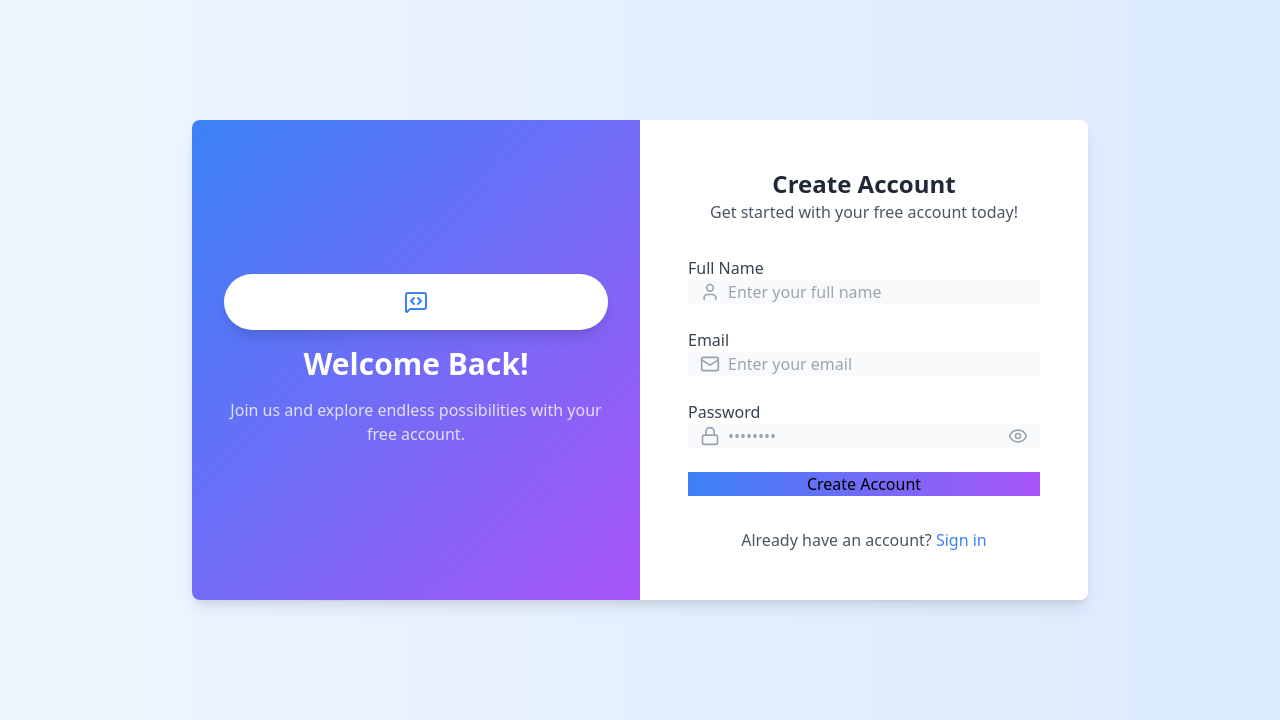
Repository: Subhashree-Nayak507/Test
Page: / (app in client/)
The author's editor kept a copy of each file at every save. The page is drawn from the files as they stood at one save, then again after the next save.
The browser window is 1280 px wide. The pictures show the whole page.
The project was rebuilt for these pictures with package versions that can differ from the ones it lists, and the page was loaded fresh each time. Also part of the build but not shown: client/vite.config.js, client/src/pages/FormPage.jsx, client/src/pages/LoginPage.jsx.

Above is the page before, as saved 2025-01-06 10:25:46.

### client/src/main.jsx
import React from 'react'
import ReactDOM from 'react-dom/client'
import App from './App.jsx'
import './index.css'
import { Provider } from 'react-redux';
import { BrowserRouter } from 'react-router-dom'
import store from './store/store.js';

ReactDOM.createRoot(document.getElementById('root')).render(
    <Provider store={store}>
       <BrowserRouter>
          <App />
        </BrowserRouter>
    </Provider>

)

### client/src/App.jsx
import { Route, Routes } from 'react-router-dom';
import FormPage from './pages/FormPage';
import SignUpPage from './pages/SignupPage';
import LoginPage from './pages/LoginPage';

const App = () =>{
    return (
        < >
         <Routes >
           <Route path="/" element={<SignUpPage />} />
           <Route path="/login" element={<LoginPage />} />
            <Route path="/formPage" element={<FormPage />} />
         </Routes>
        </>

      )
}
export default App;

### client/src/store/store.js
import { configureStore } from '@reduxjs/toolkit';
import formReducer from './FormSlice/FormSlice';
import authReducer from './AuthSlice/AuthSlice';

const store = configureStore({
  reducer: {
    form: formReducer,
    auth :authReducer,
  },
});

export default store;

### client/src/pages/SignupPage.jsx
import { useState } from "react";
import { Eye, EyeOff, Lock, Mail, MessageSquareCode, User } from "lucide-react";
import { Link } from "react-router-dom";

const SignUpPage = () => {
  const [showPassword, setShowPassword] = useState(false);
  const [fullName, setFullName] = useState("");
  const [email, setEmail] = useState("");
  const [password, setPassword] = useState("");

  const validateForm = () => {
    if (!fullName.trim() || !email.trim() || !password.trim()) {
      alert("Please fill up all fields");
    }
  };

  const handleSubmit = (e) => {
    e.preventDefault();
    const success = validateForm();
    if (success === true) {
      // Handle successful form submission logic here
    }
  };

  return (
    <div className="min-h-screen flex items-center justify-center bg-gradient-to-r from-blue-50 to-blue-100">
      <div className="w-full max-w-4xl bg-white rounded-lg shadow-lg overflow-hidden lg:grid lg:grid-cols-2">
        {/* Left Section */}
        <div className="hidden lg:flex flex-col justify-center items-center bg-gradient-to-br from-blue-500 to-purple-500 text-white p-8">
          <div className="text-center space-y-4">
            <div
              className="p-4 bg-white rounded-full shadow-lg flex items-center justify-center
              text-blue-500 transition-transform transform hover:scale-110"
            >
              <MessageSquareCode className="size-6" />
            </div>
            <h2 className="text-3xl font-bold">Welcome Back!</h2>
            <p className="text-white/80">
              Join us and explore endless possibilities with your free account.
            </p>
          </div>
        </div>

        {/* Right Section */}
        <div className="p-8 lg:p-12 flex flex-col justify-center items-center">
          <div className="w-full max-w-md space-y-8">
            <div className="text-center mb-6">
              <h1 className="text-2xl font-bold text-gray-800">Create Account</h1>
              <p className="text-gray-600">
                Get started with your free account today!
              </p>
            </div>
            <form onSubmit={handleSubmit} className="space-y-6">
              {/* Full Name */}
              <div className="form-control">
                <label className="label">
                  <span className="label-text font-medium text-gray-700">
                    Full Name
                  </span>
                </label>
                <div className="relative">
                  <div className="absolute inset-y-0 left-0 pl-3 flex items-center pointer-events-none">
                    <User className="size-5 text-gray-400" />
                  </div>
                  <input
                    type="text"
                    className="input input-bordered w-full pl-10 bg-gray-50 focus:ring-2 focus:ring-blue-500"
                    placeholder="Enter your full name"
                    value={fullName}
                    onChange={(e) => setFullName(e.target.value)}
                  />
                </div>
              </div>

              {/* Email */}
              <div className="form-control">
                <label className="label">
                  <span className="label-text font-medium text-gray-700">
                    Email
                  </span>
                </label>
                <div className="relative">
                  <div className="absolute inset-y-0 left-0 pl-3 flex items-center pointer-events-none">
                    <Mail className="size-5 text-gray-400" />
                  </div>
                  <input
                    type="email"
                    className="input input-bordered w-full pl-10 bg-gray-50 focus:ring-2 focus:ring-blue-500"
                    placeholder="Enter your email"
                    value={email}
                    onChange={(e) => setEmail(e.target.value)}
                  />
                </div>
              </div>

              {/* Password */}
              <div className="form-control">
                <label className="label">
                  <span className="label-text font-medium text-gray-700">
                    Password
                  </span>
                </label>
                <div className="relative">
                  <div className="absolute inset-y-0 left-0 pl-3 flex items-center pointer-events-none">
                    <Lock className="size-5 text-gray-400" />
                  </div>
                  <input
                    type={showPassword ? "text" : "password"}
                    className="input input-bordered w-full pl-10 bg-gray-50 focus:ring-2 focus:ring-blue-500"
                    placeholder="••••••••"
                    value={password}
                    onChange={(e) => setPassword(e.target.value)}
                  />
                  <button
                    type="button"
                    className="absolute inset-y-0 right-0 pr-3 flex items-center"
                    onClick={() => setShowPassword(!showPassword)}
                  >
                    {showPassword ? (
                      <EyeOff className="size-5 text-gray-400" />
                    ) : (
                      <Eye className="size-5 text-gray-400" />
                    )}
                  </button>
                </div>
              </div>

              <button
                type="submit"
                className="btn btn-primary w-full bg-gradient-to-r from-blue-500 to-purple-500 hover:from-blue-600 hover:to-purple-600 focus:ring-2 focus:ring-blue-500"
              >
                Create Account
              </button>
            </form>

            <div className="text-center">
              <p className="text-gray-600">
                Already have an account?{" "}
                <Link
                  to="/login"
                  className="link link-primary text-blue-500 hover:underline"
                >
                  Sign in
                </Link>
              </p>
            </div>
          </div>
        </div>
      </div>
    </div>
  );
};

export default SignUpPage;

### client/src/store/FormSlice/FormSlice.js
import { createSlice, createAsyncThunk } from '@reduxjs/toolkit';
import axios from 'axios';

// Constants
const API_URL = 'http://localhost:5000/form';

// Initial state
const initialState = {
  formData: {
    name: '',
    email: '',
    file: null,
  },
  status: 'idle',
  error: null,
};

// Async thunk for form submission
export const submitForm = createAsyncThunk(
  'form/submitForm',
  async (formData, { rejectWithValue }) => {
    try {
      const data = new FormData();

      data.append('Name', formData.name);
      data.append('email', formData.email);
      data.append('File', formData.file);

      const response = await axios.post(API_URL, data, {
        headers: { 'Content-Type': 'multipart/form-data' },
      });
      return response.data;
    } catch (error) {
      return rejectWithValue(
        error.response?.data || 'Failed to submit form'
      );
    }
  }
);

const formSlice = createSlice({
  name: 'form',
  initialState,
  reducers: {
    updateForm: (state, action) => {
      state.formData = { ...state.formData, ...action.payload };
    },
    resetForm: (state) => {
      state.formData = initialState.formData;
      state.status = 'idle';
      state.error = null;
    },
  },
  extraReducers: (builder) => {
    builder
      .addCase(submitForm.pending, (state) => {
        state.status = 'loading';
        state.error = null;
      })
      .addCase(submitForm.fulfilled, (state) => {
        state.status = 'succeeded';
        state.formData = initialState.formData;
      })
      .addCase(submitForm.rejected, (state, action) => {
        state.status = 'failed';
        state.error = action.payload;
      });
  },
});

export const { updateForm, resetForm } = formSlice.actions;
export default formSlice.reducer;

### client/src/store/AuthSlice/AuthSlice.js
import { createSlice, createAsyncThunk } from "@reduxjs/toolkit";
import axios from "axios";

// Initial state
const initialState = {
  isAuthenticated: false,
  isLoading: true,
  user: null,
  error: null,
};

export const registerUser = createAsyncThunk(
  "/auth/register",
  async (formData, { rejectWithValue }) => {
    try {
      const response = await axios.post(
        "http://localhost:5000/api/auth/Signup",
        formData,
        {
          withCredentials: true,
        }
      );
      return response.data;
    } catch (error) {
      return rejectWithValue(error.response.data);
    }
  }
);

export const loginUser = createAsyncThunk(
  "/auth/login",
  async (formData, { rejectWithValue }) => {
    try {
      const response = await axios.post(
        "http://localhost:5000/api/auth/Login",
        formData,
        {
          withCredentials: true,
        }
      );
      return response.data;
    } catch (error) {
      return rejectWithValue(error.response.data);
    }
  }
);

export const logoutUser = createAsyncThunk(
  "/auth/logout",
  async () => {
    const response = await axios.post(
      "http://localhost:5000/api/auth/Logout",
      {},
      {
        withCredentials: true,
      }
    );
    return response.data;
  }
);

// export const checkAuth = createAsyncThunk(
//   "/auth/checkauth",
//   async (_, { rejectWithValue }) => {
//     try {
//       const response = await axios.get(
//         "http://localhost:5000/api/auth/check-auth",
//         {
//           withCredentials: true,
//           headers: {
//             "Cache-Control":
//               "no-store, no-cache, must-revalidate, proxy-revalidate",
//           },
//         }
//       );
//       return response.data;
//     } catch (error) {
//       return rejectWithValue(error.response.data);
//     }
//   }
// );

// Auth slice
const authSlice = createSlice({
  name: "auth",
  initialState,
  reducers: {
    setUser: (state, action) => {
      state.user = action.payload;
      state.isAuthenticated = true;
    },
  },
  extraReducers: (builder) => {
    builder
      .addCase(registerUser.pending, (state) => {
        state.isLoading = true;
        state.error = null;
      })
      .addCase(registerUser.fulfilled, (state) => {
        state.isLoading = false;
        state.user = null;
        state.isAuthenticated = false;
      })
      .addCase(registerUser.rejected, (state, action) => {
        state.isLoading = false;
        state.error = action.payload;
        state.isAuthenticated = false;
      })

      // Login user
      .addCase(loginUser.pending, (state) => {
        state.isLoading = true;
        state.error = null;
      })
      .addCase(loginUser.fulfilled, (state, action) => {
        state.isLoading = false;
        state.user = action.payload.success ? action.payload.user : null;
        state.isAuthenticated = action.payload.success;
      })
      .addCase(loginUser.rejected, (state, action) => {
        state.isLoading = false;
        state.user = null;
        state.isAuthenticated = false;
        state.error = action.payload;
      })

      // Logout user
      .addCase(logoutUser.fulfilled, (state) => {
        state.isLoading = false;
        state.user = null;
        state.isAuthenticated = false;
      }).addCase(logoutUser.rejected, (state, action) => {
        state.isLoading = false;
        state.error = action.payload;
      })
    //   // Check authentication status
    //   .addCase(checkAuth.pending, (state) => {
    //     state.isLoading = true;
    //   })
    //   .addCase(checkAuth.fulfilled, (state, action) => {
    //     state.isLoading = false;
    //     state.user = action.payload.success ? action.payload.user : null;
    //     state.isAuthenticated = action.payload.success;
    //   })
    //   .addCase(checkAuth.rejected, (state) => {
    //     state.isLoading = false;
    //     state.user = null;
    //     state.isAuthenticated = false;
    //   });
  },
});

// Export actions and reducer
export const { setUser } = authSlice.actions;
export default authSlice.reducer;

Loaded but not shown: client/index.html (common file); client/src/index.css (common file); client/tailwind.config.js (common file)

After the next save:
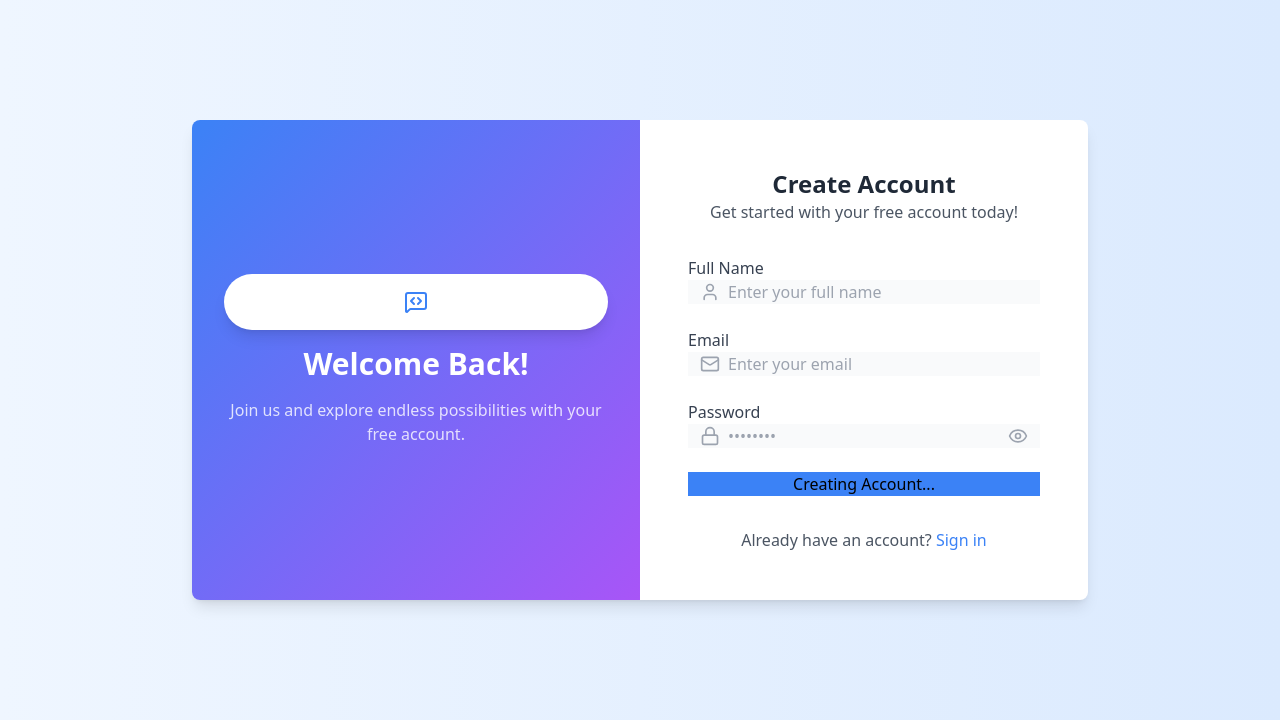
Saved 17 min 27 s later.
--- a/client/src/pages/SignupPage.jsx
+++ b/client/src/pages/SignupPage.jsx
@@ -1,24 +1,34 @@
 import { useState } from "react";
 import { Eye, EyeOff, Lock, Mail, MessageSquareCode, User } from "lucide-react";
-import { Link } from "react-router-dom";
+import { Link, useNavigate } from "react-router-dom";
+import { useDispatch, useSelector } from "react-redux";
+import { registerUser } from "../store/AuthSlice/AuthSlice.js"; // Adjust the path
 
 const SignUpPage = () => {
   const [showPassword, setShowPassword] = useState(false);
   const [fullName, setFullName] = useState("");
   const [email, setEmail] = useState("");
   const [password, setPassword] = useState("");
+  const navigate = useNavigate();
+  const dispatch = useDispatch();
+  const { isLoading, error } = useSelector((state) => state.auth);
 
-  const validateForm = () => {
+  const handleSubmit = async (e) => {
+    e.preventDefault();
+
     if (!fullName.trim() || !email.trim() || !password.trim()) {
       alert("Please fill up all fields");
+      return;
     }
-  };
-
-  const handleSubmit = (e) => {
-    e.preventDefault();
-    const success = validateForm();
-    if (success === true) {
-      // Handle successful form submission logic here
+    const formData = { fullName, email, password };
+    try {
+      const result = await dispatch(registerUser(formData)).unwrap();
+      if (result.success) {
+        alert("Account created successfully!");
+       navigate('/login');
+      }
+    } catch (err) {
+      alert(err?.message || "Failed to register. Please try again.");
     }
   };
 
@@ -125,13 +135,27 @@ const SignUpPage = () => {
                 </div>
               </div>
 
-              <button
-                type="submit"
-                className="btn btn-primary w-full bg-gradient-to-r from-blue-500 to-purple-500 hover:from-blue-600 hover:to-purple-600 focus:ring-2 focus:ring-blue-500"
-              >
-                Create Account
-              </button>
+              {isLoading ? (
+                <button
+                  type="button"
+                  className="btn btn-primary w-full bg-blue-500 cursor-not-allowed"
+                  disabled
+                >
+                  Creating Account...
+                </button>
+              ) : (
+                <button
+                  type="submit"
+                  className="btn btn-primary w-full bg-gradient-to-r from-blue-500 to-purple-500 hover:from-blue-600 hover:to-purple-600 focus:ring-2 focus:ring-blue-500"
+                >
+                  Create Account
+                </button>
+              )}
             </form>
+
+            {error && (
+              <div className="text-red-500 text-center mt-2">{error}</div>
+            )}
 
             <div className="text-center">
               <p className="text-gray-600">
